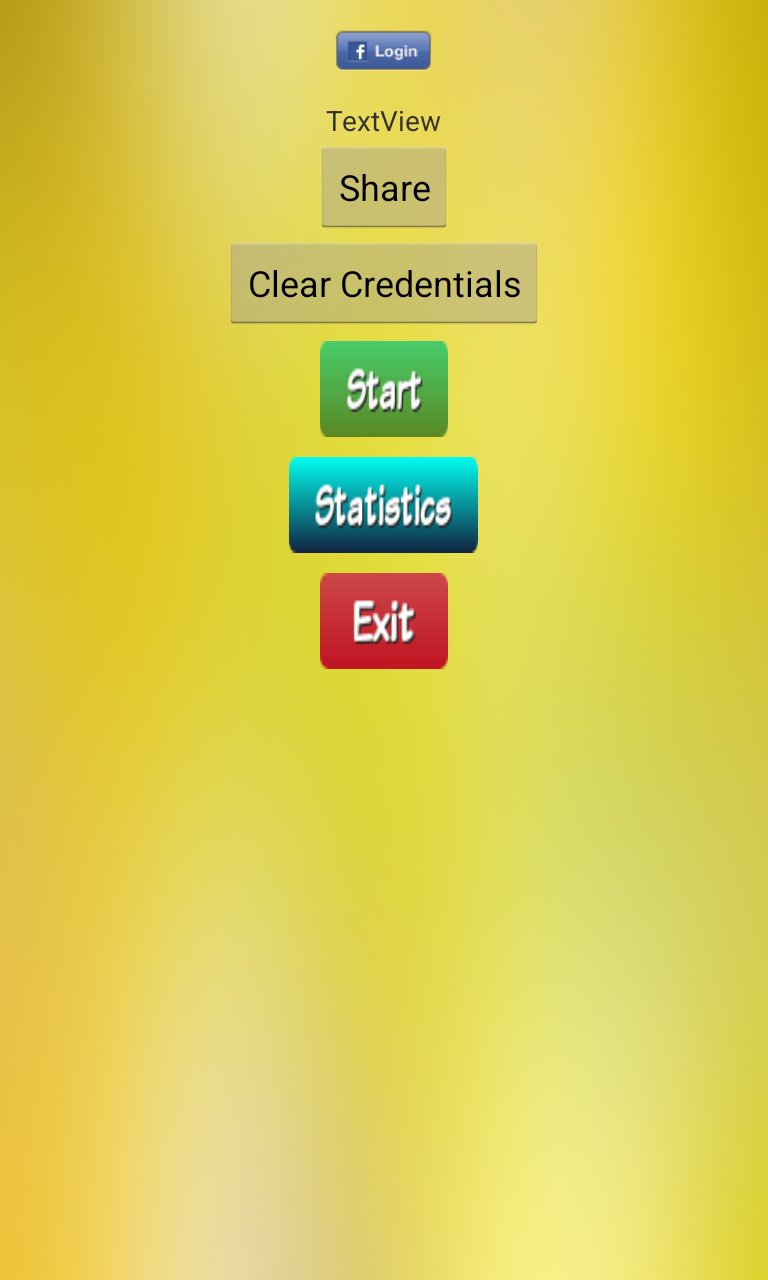
Repository: kingstonbg/workspaceAndroid
Layout: TaxiRoute/res/layout/activity_main_menu.xml
These files come from the project's save history. The layout is drawn as it stood at one moment and after the next save; the edit follows.
It is drawn on a 768 x 1280 px phone screen (xhdpi) without system bars, with theme AppTheme; the app's code is not run.

Above is the layout before, as saved 2013-02-18 14:34:31.

After the next save:
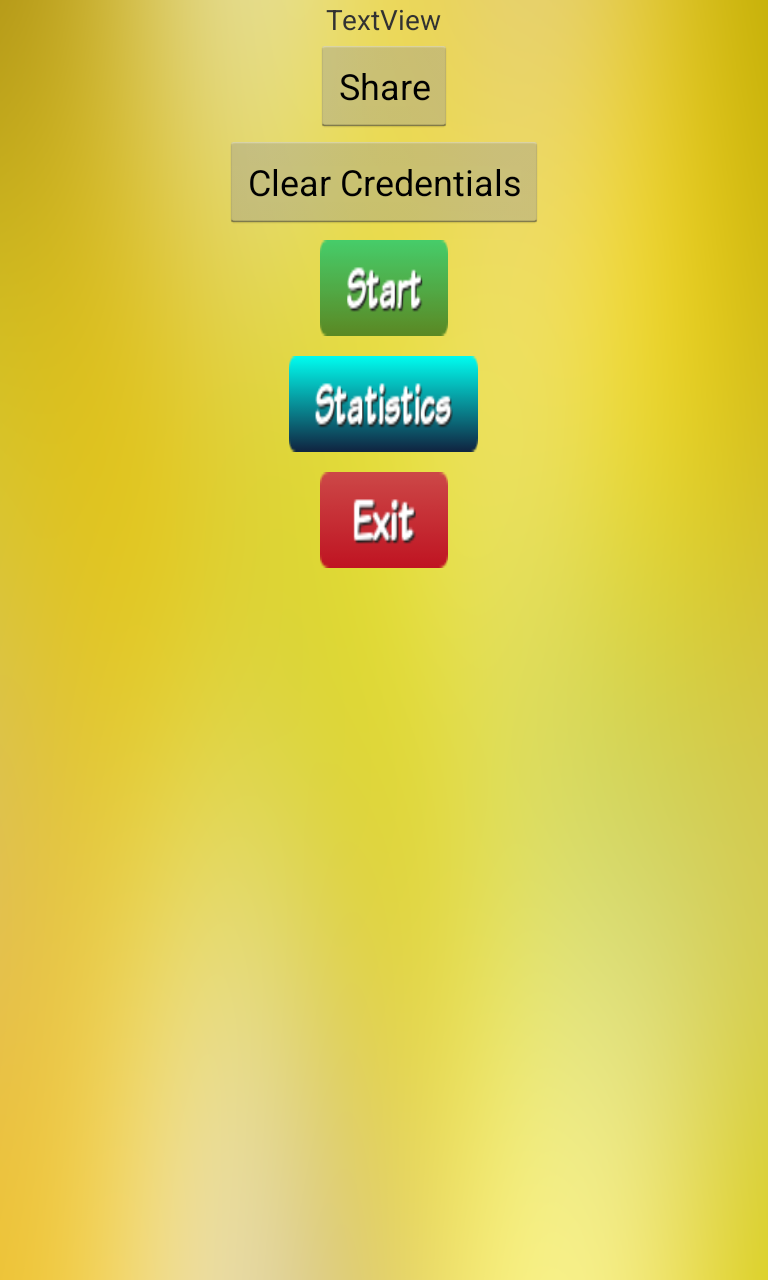
Saved 6 min 25 s later.
--- a/TaxiRoute/res/layout/activity_main_menu.xml
+++ b/TaxiRoute/res/layout/activity_main_menu.xml
@@ -5,13 +5,6 @@
     android:background="@drawable/bgtest"
     android:gravity="center_horizontal"
     android:orientation="vertical" >
-
-    <ImageView
-        android:id="@+id/buttonFb"
-        android:layout_width="wrap_content"
-        android:layout_height="wrap_content"
-        android:layout_margin="15dp"
-        android:src="@drawable/login_button" />
 
     <TextView
         android:id="@+id/login_status"
